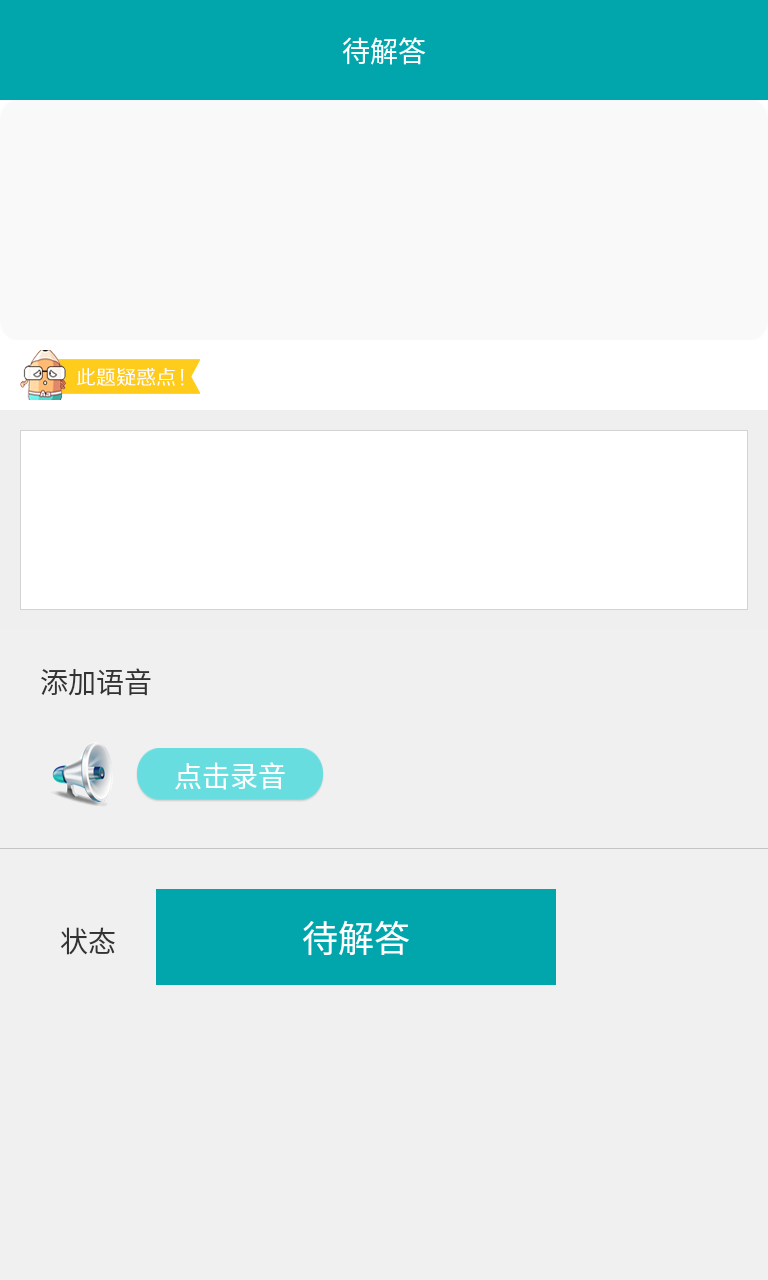
Repository: 2015-Forever/JWD
Layout: Jwd/res/layout/activity_un_answer.xml
These files come from the project's save history. The layout is drawn as it stood at one moment and after the next save; the edit follows.
It is drawn on a 768 x 1280 px phone screen (xhdpi) without system bars, with theme AppTheme; the app's code is not run.

Above is the layout before, as saved 2015-07-16 06:00:00.

After the next save:
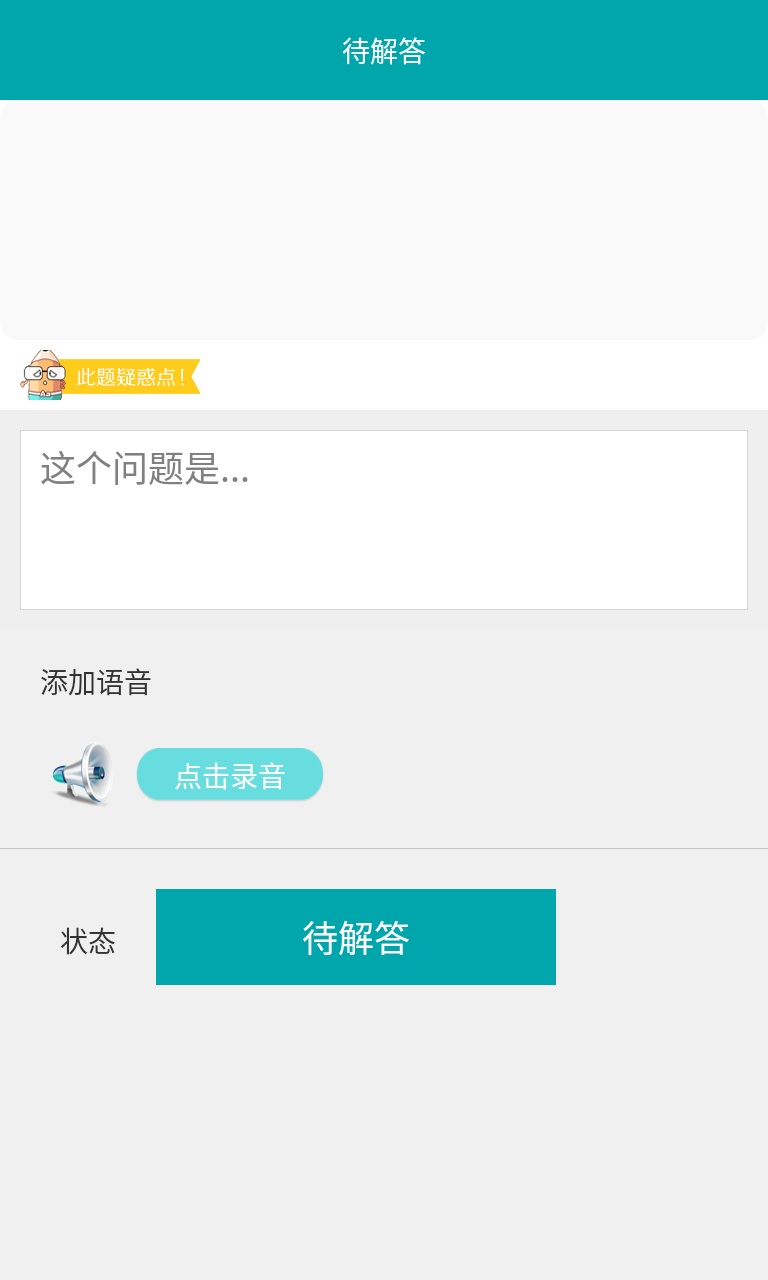
Saved 107 s later.
--- a/Jwd/res/layout/activity_un_answer.xml
+++ b/Jwd/res/layout/activity_un_answer.xml
@@ -52,7 +52,8 @@
             android:lineSpacingExtra="5dp"
             android:paddingLeft="10dp"
             android:paddingTop="5dp"
-            android:scrollbars="vertical" >
+            android:scrollbars="vertical"
+            android:hint="这个问题是...">
         </EditText>
     </LinearLayout>
 
